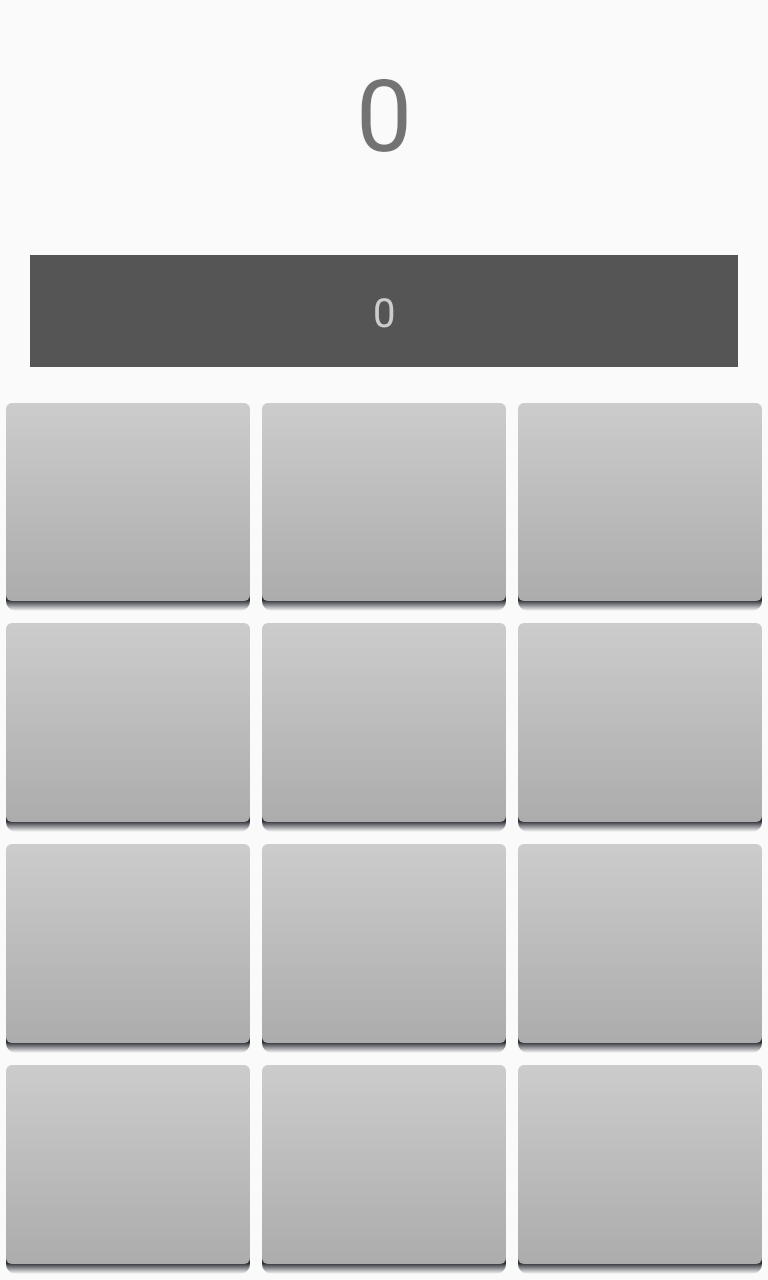
Repository: DaleJulian/Remote-Control
Layout: RemoteControl/res/layout/fragment_remote_control.xml
An editor plug-in stored every save of this project. The layout is shown before and after the next save, followed by the edit.
It is drawn on a 768 x 1280 px phone screen (xhdpi) without system bars, with theme AppTheme; the app's code is not run.

Above is the layout before, as saved 2015-06-02 08:09:19.

### RemoteControl/res/layout/fragment_remote_control.xml
<?xml version="1.0" encoding="utf-8"?>
<TableLayout xmlns:android="http://schemas.android.com/apk/res/android"
    android:id="@+id/fragment_remote_control_table_layout"
    android:layout_width="match_parent"
    android:layout_height="match_parent"
    android:stretchColumns="*" >

    <TextView
        android:id="@+id/fragment_remote_control_selectedTextView"
        android:layout_width="match_parent"
        android:layout_height="0dp"
        android:layout_weight="2"
        android:gravity="center"
        android:text="0"
        android:textSize="50dp" />

    <TextView
        android:id="@+id/fragment_remote_control_workingTextView"
		android:layout_width="match_parent"
		android:layout_height="0dp"
		android:layout_weight="1"
		android:layout_margin="15dp"
		android:background="#555555"
		android:gravity="center"
		android:text="0"
		android:textColor="#cccccc"
		android:textSize="20dp" />

	<include
	    android:layout_weight="1"
	    layout="@layout/button_row" />
	<include
	    android:layout_weight="1"
	    layout="@layout/button_row" />
    <include
	    android:layout_weight="1"
	    layout="@layout/button_row" />
    <include
	    android:layout_weight="1"
	    layout="@layout/button_row" />
</TableLayout>

### RemoteControl/res/layout/button_row.xml
<?xml version="1.0" encoding="utf-8"?>
	<TableRow xmlns:android="http://schemas.android.com/apk/res/android" >
	<Button style="@style/RemoteButton" />
	<Button style="@style/RemoteButton" />
	<Button style="@style/RemoteButton" />
</TableRow>

### RemoteControl/res/drawable/button_shape_shadowed.xml
<?xml version="1.0" encoding="utf-8"?>
<layer-list xmlns:android="http://schemas.android.com/apk/res/android" >
  <item>
    <shape android:shape="rectangle" >
      <corners android:radius="5dp" />

      <gradient
        android:angle="90"
        android:centerColor="#303339"
        android:centerY="0.05"
        android:endColor="#000000"
        android:startColor="#00000000" />
    </shape>
  </item>
  <item>
    <inset
      android:drawable="@drawable/button_shape"
      android:insetBottom="5dp" />
  </item>
</layer-list>

### RemoteControl/res/drawable/button_text_color.xml
<?xml version="1.0" encoding="utf-8"?>
<selector xmlns:android="http://schemas.android.com/apk/res/android" >
    <item android:state_pressed="false" android:color="#ffffff"/>
    <item android:state_pressed="true" android:color="#556699"/>
</selector>

### RemoteControl/res/drawable/button_shape.xml
<?xml version="1.0" encoding="utf-8"?>
<selector xmlns:android="http://schemas.android.com/apk/res/android">
  <item android:drawable="@drawable/button_shape_normal"
   android:state_pressed="false"/>
  <item android:drawable="@drawable/button_shape_pressed"
    android:state_pressed="true"/>
</selector>

### RemoteControl/res/drawable/button_shape_normal.xml
<?xml version="1.0" encoding="utf-8"?>
<shape xmlns:android="http://schemas.android.com/apk/res/android"
  android:shape="rectangle" >

  <corners android:radius="3dp" />

  <gradient
    android:angle="90"
    android:endColor="#cccccc"
    android:startColor="#acacac" />

</shape>

### RemoteControl/res/drawable/button_shape_pressed.xml
<?xml version="1.0" encoding="utf-8"?>
<shape xmlns:android="http://schemas.android.com/apk/res/android"
  android:shape="rectangle" >

  <corners android:radius="3dp" />

  <gradient
    android:angle="270"
    android:endColor="#cccccc"
    android:startColor="#acacac" />

</shape>

### RemoteControl/res/drawable/remote_background.xml
<?xml version="1.0" encoding="utf-8"?>
<shape xmlns:android="http://schemas.android.com/apk/res/android" >
  <gradient
    android:centerY="0.05"
    android:endColor="#dbdbdb"
    android:gradientRadius="500"
    android:startColor="#f4f4e9"
    android:type="radial" />
</shape>

Loaded but not shown: RemoteControl/res/values/styles.xml (common file); RemoteControl/res/values-v11/styles.xml (common file); RemoteControl/res/values-v14/styles.xml (common file)

After the next save:
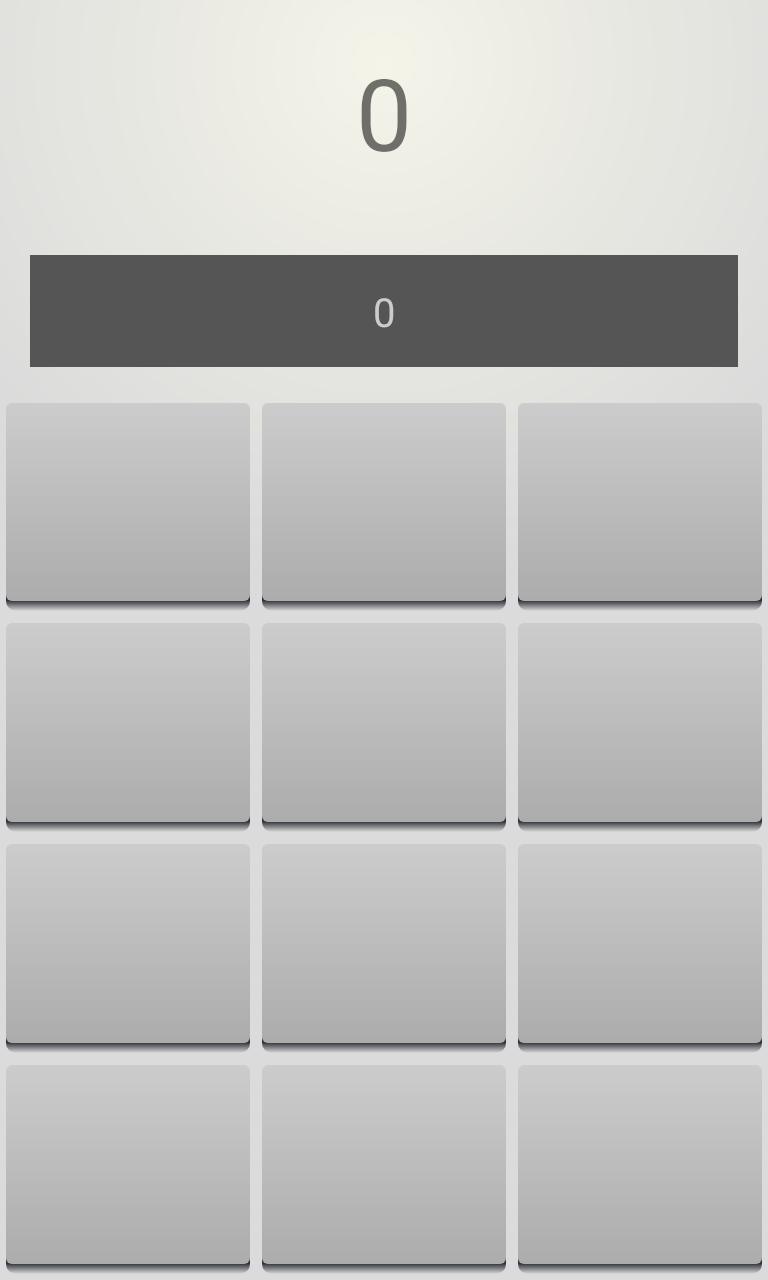
Saved 10 s later.
--- a/RemoteControl/res/layout/fragment_remote_control.xml
+++ b/RemoteControl/res/layout/fragment_remote_control.xml
@@ -3,6 +3,8 @@
     android:id="@+id/fragment_remote_control_table_layout"
     android:layout_width="match_parent"
     android:layout_height="match_parent"
+
+  android:background="@drawable/remote_background"
     android:stretchColumns="*" >
 
     <TextView
